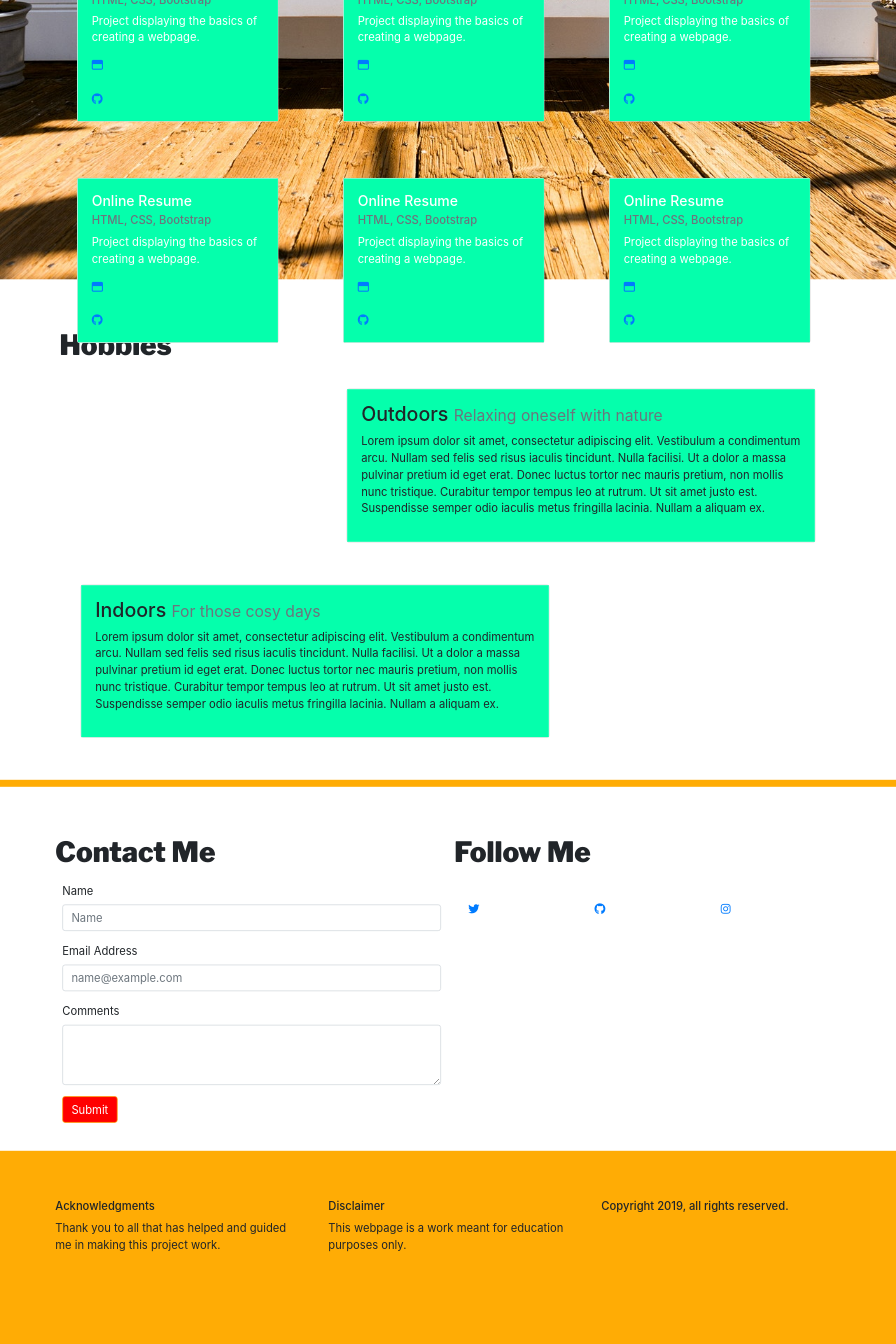
Repository: muhdarifrawi/resume-project
Page: index.html
The author's editor kept a record of every edit. The page is drawn from the files as they stood at one moment, then again after the next edit.
The browser window is 1280 px wide. The pictures show the part of the page from y = 4580 to 6500 px (the page is 6524 px tall), at 70% of full size.
The pointer rests on the first visible `.btn-primary`.
Some web libraries are served in a nearby version.

Above is the page before.

After the next edit:
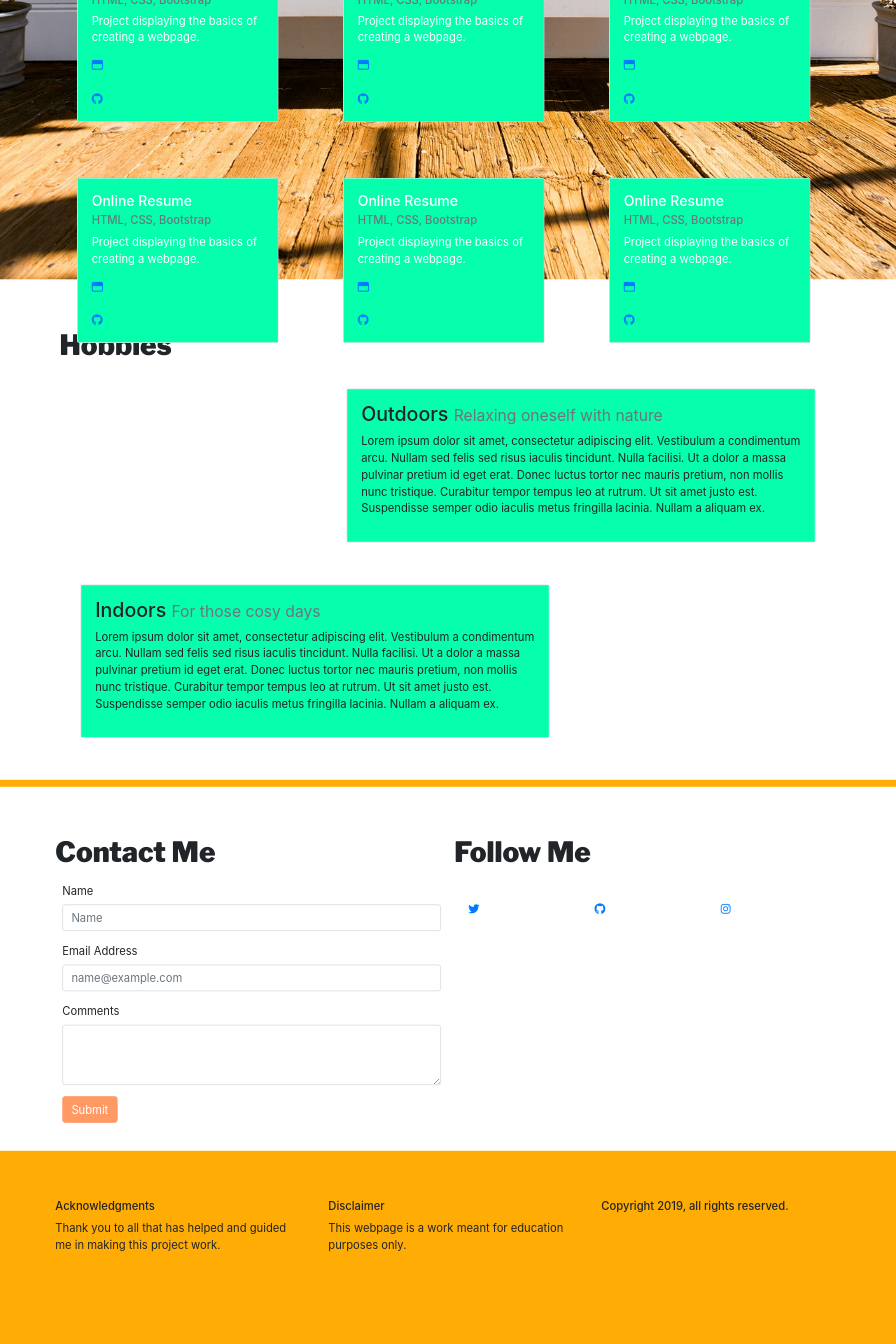
The edit:
--- a/style.css
+++ b/style.css
@@ -116,6 +116,6 @@
 }
 
 .btn-primary:hover {
-    background-color:red;
-    border-color:orange;
+    background-color:rgb(255, 154, 100);
+    border-color:rgb(255, 154, 100);
 }
